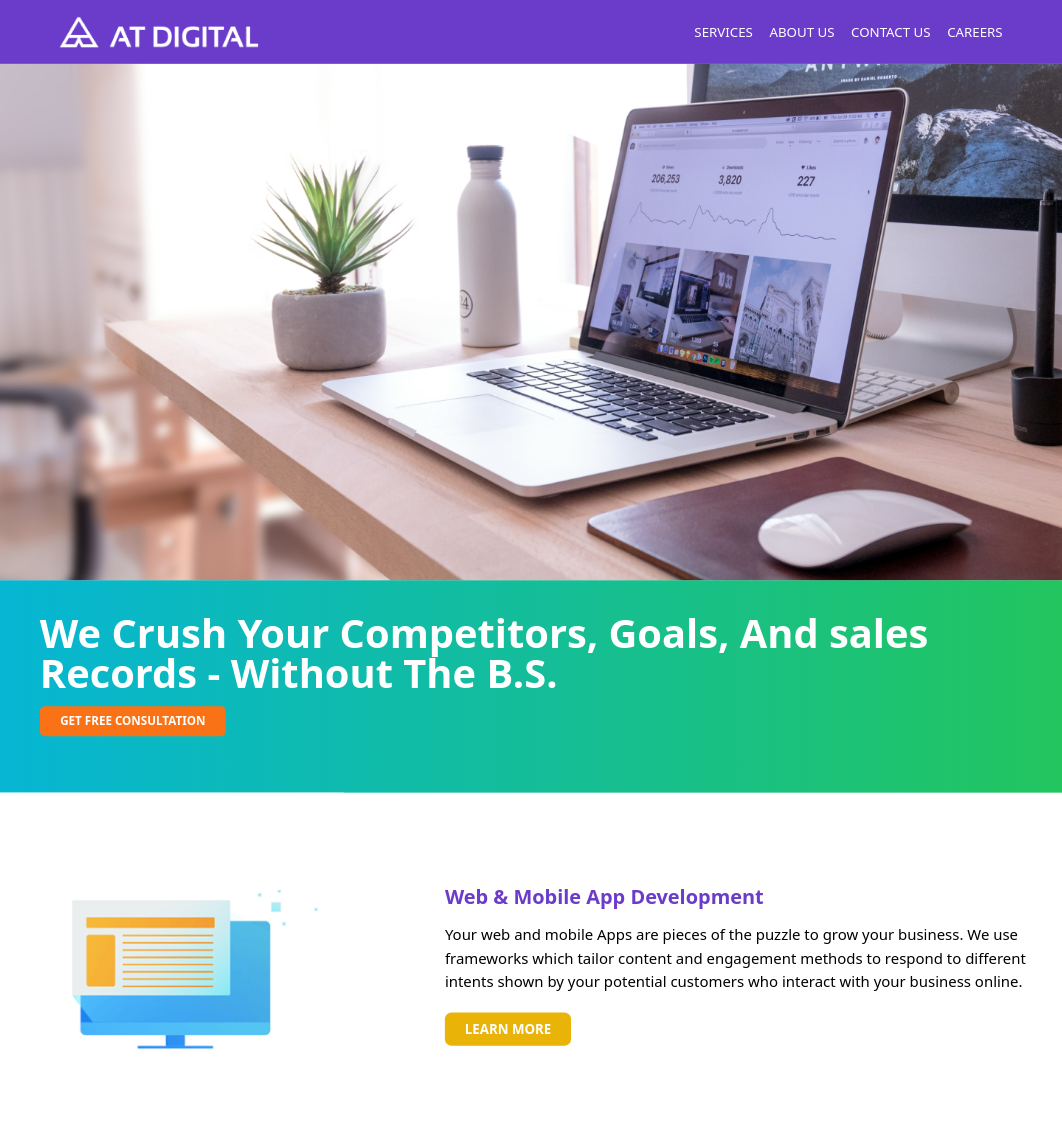
Repository: Milith97/AT-Digital-Website
Page: /
An editor plug-in stored every save of this project. The page is shown before and after the next save, followed by the edit.
The browser window is 1280 px wide. The pictures show the whole page, at 83% of full size.
The project was rebuilt for these pictures with package versions that can differ from the ones it lists, and the page was loaded fresh each time. Also part of the build but not shown: vite.config.js.

Above is the page before, as saved 2024-04-06 22:14:48.

### src/App.jsx
// App.js or your main component file
import React from 'react';
import NavBar from './Components/NavBar';
import HomePage from './Components/HomePage';
import Servicers from './Components/Servicers'

function App() {
  return (
    <div className="App">
      <NavBar />
      <HomePage />
      <Servicers/>
    </div>
  );
}

export default App;

### src/Components/NavBar.jsx
import React, { useState } from 'react';
import Logo from '../assets/Img/Logo.png';

const NavBar = () => {
    const [isOpen, setIsOpen] = useState(false);

    return (
        <nav className="bg-[#6B3CC9]">
            <div className="max-w-1440px max-h-20 xl:px-16 md:px-7 sm:px-11 max-lg:mx-6">
                <div className="flex justify-between">
                    <div>
                        <a href="#" className={`flex items-center py-5 sm:px-2 ${isOpen ? 'hidden' : 'flex'}`}>
                            <img src={Logo} alt="Logo" />
                        </a>
                    </div>
                    <div className={`hidden md:flex font-medium text-white items-center space-x-1 ${isOpen ? 'flex' : 'hidden'}`}>
                        <a href="#" className="py-5 px-2 ">SERVICES</a>
                        <a href="#" className="py-5 px-2 ">ABOUT US</a>
                        <a href="#" className="py-5 px-2 ">CONTACT US</a>
                        <a href="#" className="py-5 px-2 ">CAREERS</a>
                    </div>
                    <div className="md:hidden flex items-center ">
                        <button onClick={() => setIsOpen(!isOpen)} className="text-white focus:outline-none">
                            {!isOpen ? (
                                <svg className="h-14 w-10" stroke="white" viewBox="0 0 24 24" >
                                    <path strokeLinecap="round" strokeLinejoin="round" strokeWidth="3" d="M4 6h16M4 12h16M4 18h16" />
                                </svg>
                            ) : (
                                <svg className="h-12 w-8" stroke="black" viewBox="0 0 24 24" >
                                    <path strokeLinecap="round" strokeLinejoin="round" strokeWidth="3" d="M6 18L18 6M6 6l12 12" />
                                </svg>
                            )}
                        </button>
                    </div>
                </div>
            </div>
            <div className={`${isOpen ? 'block' : 'hidden'} md:hidden`}>
                <div className="bg-white">
                    <a href="#" className="block py-2 px-4 text-sm text-black-500 ">HOME</a>
                    <a href="#" className="block py-2 px-4 text-sm text-black-500">SERVICES</a>
                    <a href="#" className="block py-2 px-4 text-sm text-black-500">ABOUT US</a>
                    <a href="#" className="block py-2 px-4 text-sm text-black-500">CONTACT US</a>
                    <a href="#" className="block py-2 px-4 text-sm text-black-500">CAREERS</a>
                </div>
            </div>
        </nav>
    );
};

export default NavBar;

### src/Components/HomePage.jsx
import React from 'react';
import backgroundImage from '../assets/Img/Home.png';

const HomePage = () => {
    return (
        <div className=''>
            <div>
                <img src={backgroundImage} alt="Home Image" />
            </div>
            <div className='h-64 max-w-full bg-gradient-to-r from-cyan-500 to-green-500 '>
                <div className='text-lg py-6 px-12 '>
                    <p className='font-bold text-5xl text-white py-4'>We Crush Your Competitors, Goals, And sales Records - Without The B.S.</p>
                    <div className=''>
                        <button className='bg-orange-500 text-white font-bold text-sm h-9 w-56 rounded-md'>GET FREE CONSULTATION</button>
                    </div>
                </div>
            </div>
        </div>
    );
};

export default HomePage;

### src/Components/Servicers.jsx
import React from 'react';
import Service1 from '../assets/Img/Service1.png';
const Servicers = () => {
    return (
        <div className="flex flex-col md:flex-row items-center justify-center">
            <div className=" lg:w-2/5 flex-shrink-0 mb-6 md:mb-0 mr-0 md:mr-6">
                <img src={Service1} alt="Service Image" className="w-auto h-auto object-cover" />
            </div>

            {/* Right Side (Content) */}
            <div className="lg:w-3/5">
                <h2 className="sm:text-3xl md:text-2xl lg:text-3xl xl:text-2xl 2xl:text:4xl  font-bold mb-4 text-[#6B3CC9]">Web & Mobile App Development</h2>
                <p className=" sm:text-xl md:text-lg lg:text-lg xl:text-lg 2xl:text-xl font-normal  mb-6 ">Your web and mobile Apps are pieces of the puzzle to grow your business. We use frameworks which tailor content and engagement methods to respond to different intents shown by your potential customers who interact with your business online.</p>
                <button className="bg-yellow-500 text-white font-bold py-2 px-6 rounded-lg hover:bg-yellow-600 transition-colors">LEARN MORE</button>
            </div>
        </div>
    );
};

export default Servicers;

Loaded but not shown: index.html (common file); src/main.jsx (common file); src/index.css (common file); tailwind.config.js (common file)

After the next save:
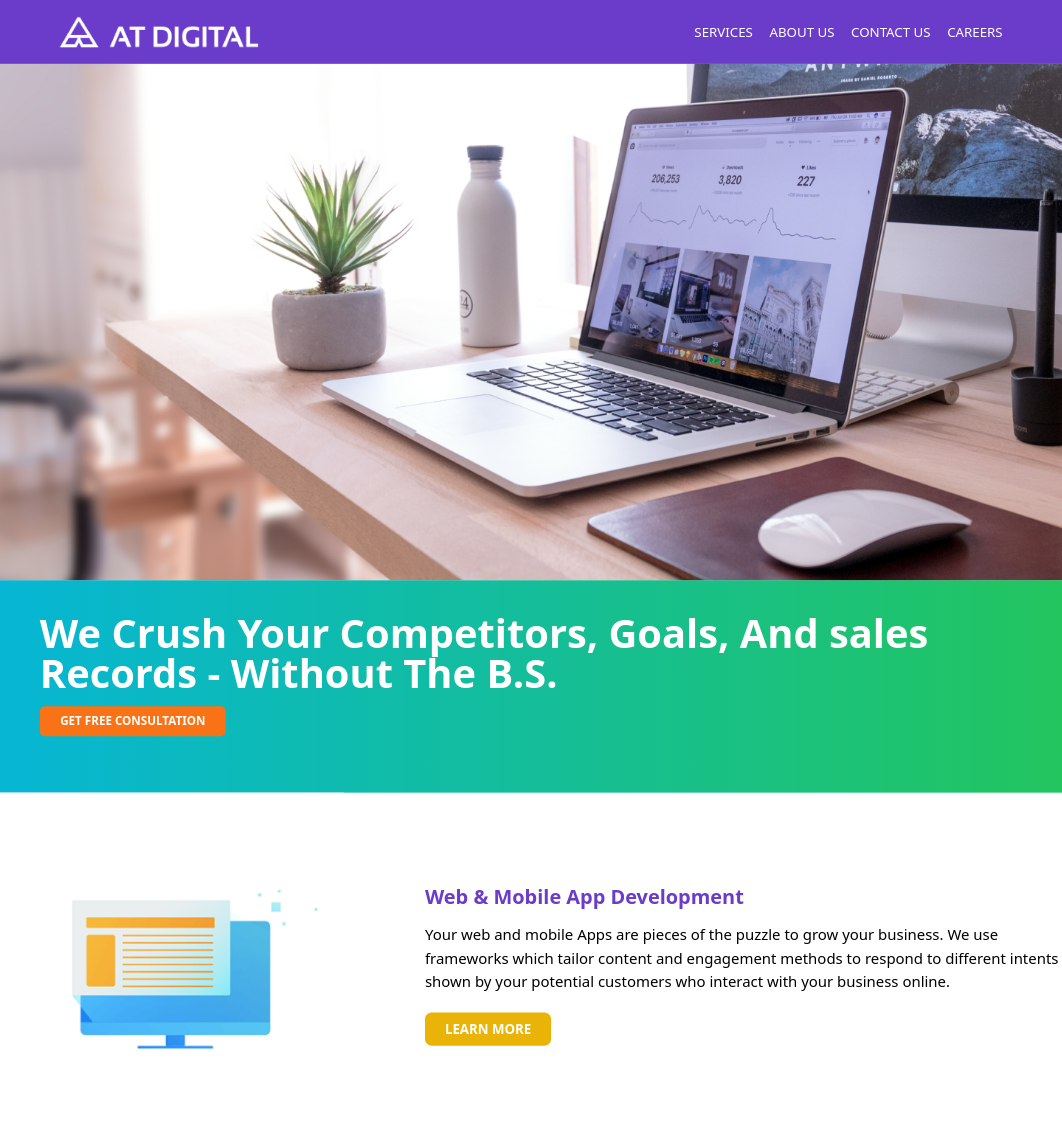
Saved 4 min 16 s later.
--- a/src/Components/Servicers.jsx
+++ b/src/Components/Servicers.jsx
@@ -3,7 +3,7 @@ import Service1 from '../assets/Img/Service1.png';
 const Servicers = () => {
     return (
         <div className="flex flex-col md:flex-row items-center justify-center">
-            <div className=" lg:w-2/5 flex-shrink-0 mb-6 md:mb-0 mr-0 md:mr-6">
+            <div className=" lg:w-2/5 flex-shrink-0 mb-6 md:mb-0 mr-0 md:mr-0">
                 <img src={Service1} alt="Service Image" className="w-auto h-auto object-cover" />
             </div>
 
